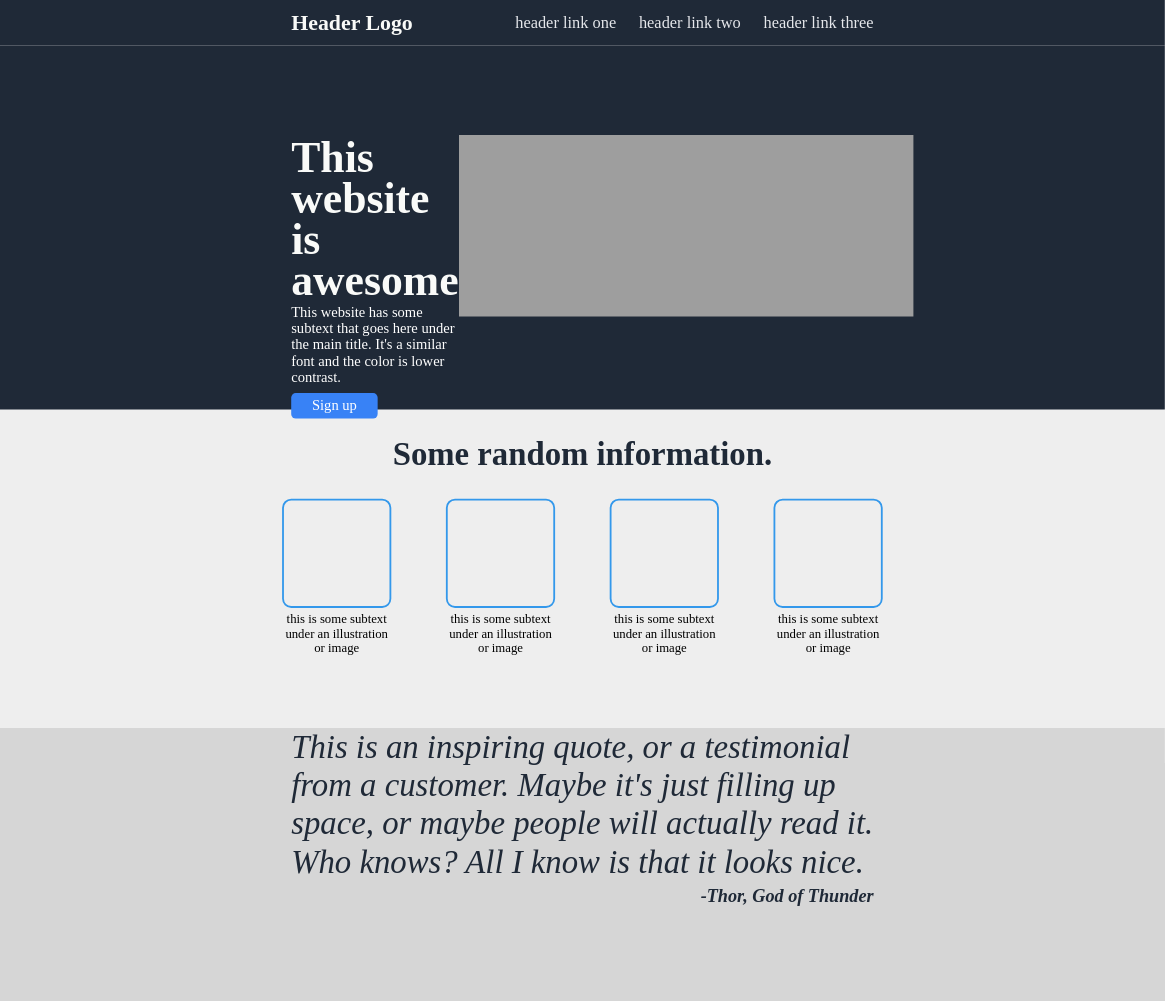
Repository: Pafestivo/Dummy-Landing-Page
Page: index.html
The author's editor kept a copy of each file at every save. The page is drawn from the files as they stood at one save, then again after the next save.
The browser window is 1280 px wide. The pictures show the whole page, at 91% of full size.
Pictures or frames that could not be fetched are drawn as grey boxes.

Above is the page before, as saved 2022-09-26 19:21:21.

After the next save:
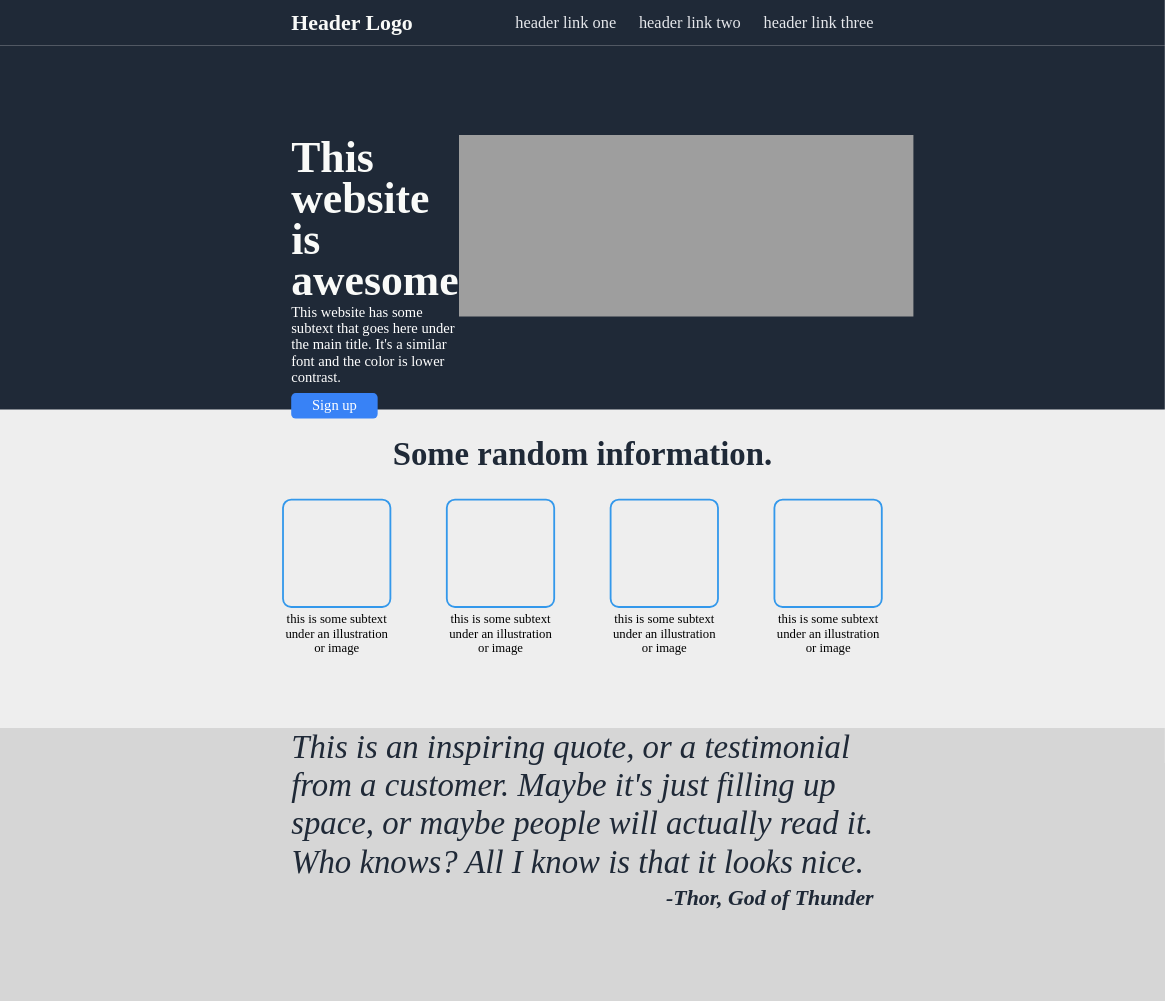
Saved 9 s later.
--- a/styles.css
+++ b/styles.css
@@ -152,7 +152,7 @@ right p {
 }
 
 .third .quote-owner {
-  font-size: 20px;
+  font-size: 24px;
   align-self: flex-end;
   font-style: none;
   font-weight: bold;
